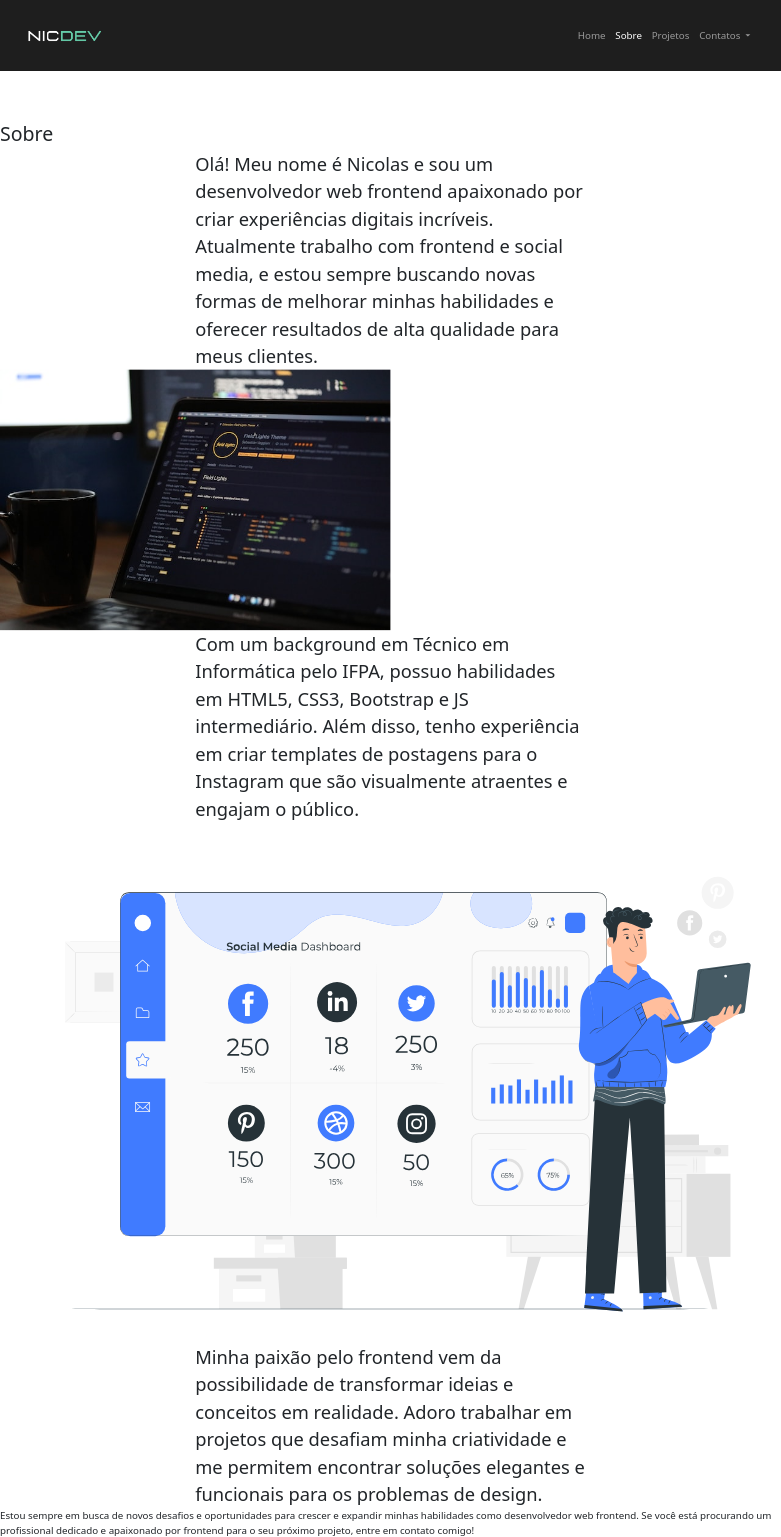
Repository: Leonngc/nicdev
Page: about.html
The author's editor kept a copy of each file at every save. The page is drawn from the files as they stood at one save, then again after the next save.
The browser window is 1280 px wide. The pictures show the whole page, at 61% of full size.
Some web libraries are served in a nearby version.

Above is the page before, as saved 2023-04-15 17:37:40.

### about.html
<html lang="pt-br">
<head>
    <meta charset="UTF-8">
    <meta http-equiv="X-UA-Compatible" content="IE=edge">
    <meta name="viewport" content="width=device-width, initial-scale=1.0">
    <title>nicdev - Sobre</title>
    <link href="https://cdn.jsdelivr.net/npm/bootstrap@5.0.2/dist/css/bootstrap.min.css" rel="stylesheet" integrity="sha384-EVSTQN3/azprG1Anm3QDgpJLIm9Nao0Yz1ztcQTwFspd3yD65VohhpuuCOmLASjC" crossorigin="anonymous">
    <link rel="stylesheet" href="styles/scrollbar.css">
    <link rel="stylesheet" href="styles/about.css">
</head>
<body>

<header style="background-color: #1e1e1e; padding: 30px;" class="fixed-top">

        <nav class="navbar navbar-expand-lg navbar-dark">
            <div class="container-fluid">
              <a class="navbar-brand" href="index.html"><img src="images/nicdev-logo.png" alt="logo da NicDev" style="width: 130px"></a>
              <button class="navbar-toggler" type="button" data-bs-toggle="collapse" data-bs-target="#navbarNavDropdown" aria-controls="navbarNavDropdown" aria-expanded="false" aria-label="Toggle navigation">
                <span class="navbar-toggler-icon"></span>
              </button>
              <div class="collapse navbar-collapse justify-content-end" id="navbarNavDropdown">
                <ul class="navbar-nav ">
                  <li class="nav-item">
                    <a class="nav-link" href="index.html" target="_parent">Home</a>
                  </li>
                  <li class="nav-item">
                    <a class="nav-link active disabled" href="#">Sobre</a>
                  </li>
                  <li class="nav-item">
                    <a class="nav-link" href="projects.html" target="_parent">Projetos</a>
                  </li>

                  <li class="nav-item dropdown">
                    <a class="nav-link dropdown-toggle" href="#" id="navbarDropdownMenuLink" role="button" data-bs-toggle="dropdown" aria-expanded="false">
                      Contatos
                    </a>
                    <ul class="dropdown-menu" aria-labelledby="navbarDropdownMenuLink">
                      <li><a class="dropdown-item" href="#">WhatsApp <img src="images/whatsapp.png" alt="" class="redes-logo"></a></li>
                      <li><a class="dropdown-item" href="#">Email <img src="images/gmail (1).png" alt="" class="redes-logo"></a></li>
                      <li><a class="dropdown-item" href="#">Linkedin <img src="images/linkedin.png" alt="" class="redes-logo"></a></li>
                    </ul>
                  </li>
                </ul>
              </div>
            </div>
          </nav>
</header>


<main>

<h2>Sobre</h2>
<p>Olá! Meu nome é Nicolas e sou um desenvolvedor web frontend apaixonado por criar experiências digitais incríveis. Atualmente trabalho com frontend e social media, e estou sempre buscando novas formas de melhorar minhas habilidades e oferecer resultados de alta qualidade para meus clientes.</p>
<img src="images/desktopcode.jpg" alt="">

<p>Com um background em Técnico em Informática pelo IFPA, possuo habilidades em HTML5, CSS3, Bootstrap e JS intermediário. Além disso, tenho experiência em criar templates de postagens para o Instagram que são visualmente atraentes e engajam o público.</p>
<img src="images/Social Dashboard-pana.svg" alt="">
<p>Minha paixão pelo frontend vem da possibilidade de transformar ideias e conceitos em realidade. Adoro trabalhar em projetos que desafiam minha criatividade e me permitem encontrar soluções elegantes e funcionais para os problemas de design.</p>

Estou sempre em busca de novos desafios e oportunidades para crescer e expandir minhas habilidades como desenvolvedor web frontend. Se você está procurando um profissional dedicado e apaixonado por frontend para o seu próximo projeto, entre em contato comigo!
</main>

    <script src="https://cdn.jsdelivr.net/npm/bootstrap@5.0.2/dist/js/bootstrap.bundle.min.js" integrity="sha384-MrcW6ZMFYlzcLA8Nl+NtUVF0sA7MsXsP1UyJoMp4YLEuNSfAP+JcXn/tWtIaxVXM" crossorigin="anonymous"></script>
</body>
</html>

### styles/scrollbar.css
body{
    overflow-x: hidden;
}
body::-webkit-scrollbar {
    width: 6px;               /* width of the entire scrollbar */
  }

  body::-webkit-scrollbar-track {
    background: rgb(5, 5, 5);        /* color of the tracking area */
  }

  body::-webkit-scrollbar-thumb {
    background-color: #4BC6B9;    /* color of the scroll thumb */
    border-radius: 20px;       /* roundness of the scroll thumb */
  }

  .redes-logo{
    width: 30px;
    padding: 6px;
  }

### styles/about.css
@import url('https://fonts.googleapis.com/css2?family=Bebas+Neue&display=swap'); /* CDN GOOGLE  FONT */
@import url('https://cdn-uicons.flaticon.com/uicons-solid-straight/css/uicons-solid-straight.css'); /* CDN ICON*/
@font-face {
    font-family: Lastica;
    src: url(../fonts/instrg.ttf)
}

*{
    max-width: 100vw;
}

:root{
 --bebas-neue : 'Bebas Neue', cursive;
}

main{
    margin-top: 200px;
}

body{
    max-width: 100vw;
    overflow-x: hidden;
}

p{
    width: 50vw;
    margin: auto;
    font-size: 30px;
}

After the next save:
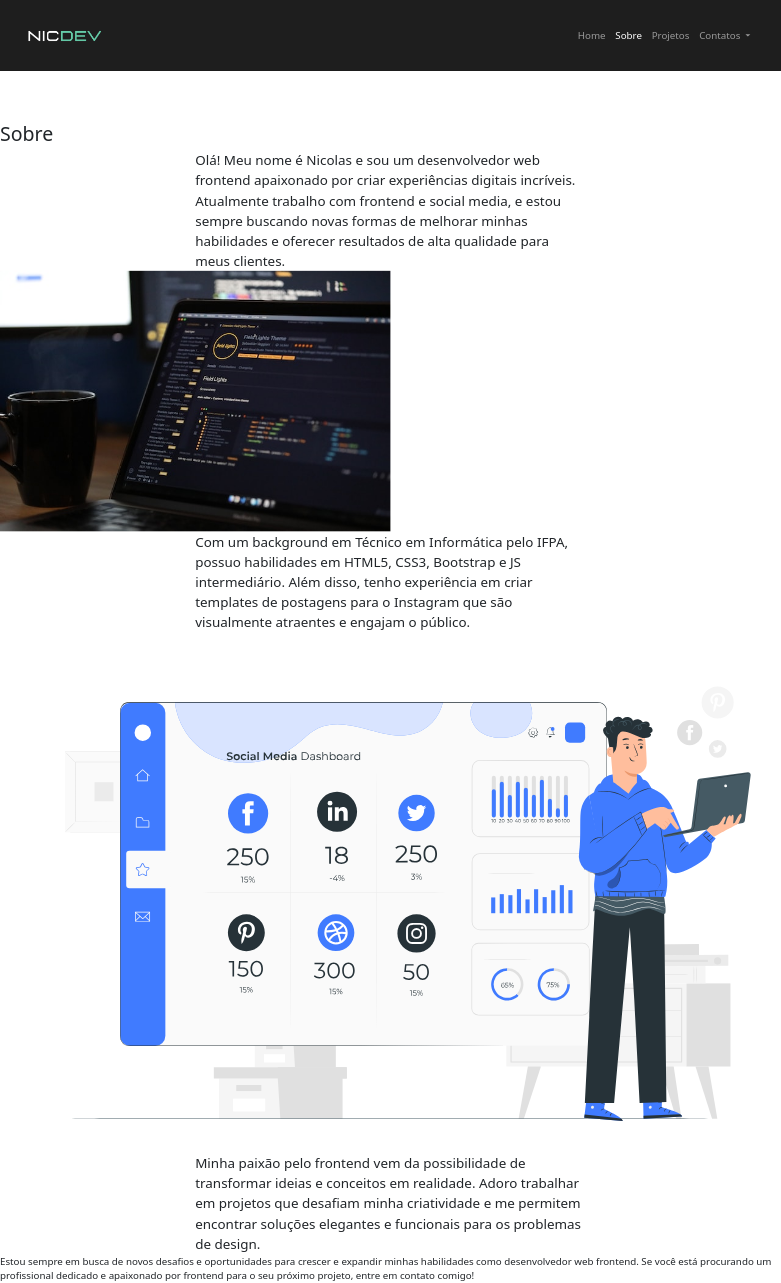
Saved 13 s later.
--- a/styles/about.css
+++ b/styles/about.css
@@ -25,5 +25,5 @@ body{
 p{
     width: 50vw;
     margin: auto;
-    font-size: 30px;
+    font-size: 22px;
 }
